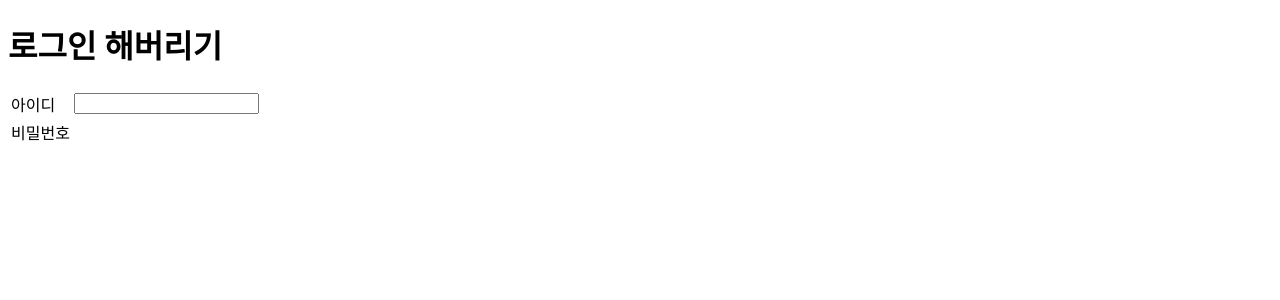
Repository: Yousehyeon/spring_work
Page: stsMvcProj/src/main/webapp/views/cookie/testview.html
An editor plug-in stored every save of this project. The page is shown before and after a run of saves, followed by the edit.
The browser window is 1280 px wide. The pictures show the whole page.

Above is the page before, as saved 2023-08-22 03:46:12.

### stsMvcProj/src/main/webapp/views/cookie/testview.html
<!DOCTYPE html>
<html xmlns="http://www.thymeleaf.org">
<head>
<meta charset="UTF-8">
<title>쿠키보기</title>
</head>
<body>
<h1>로그인 해버리기</h1>
<form action="">
	<table>
		<tr>
			<td>아이디</td>
			<td><input type="text"> </td>
		</tr>
		<tr>
			<td>비밀번호</td>
			<td></td>
		</tr>
	</table>
</form>
</body>
</html>

After the next 3 saves:
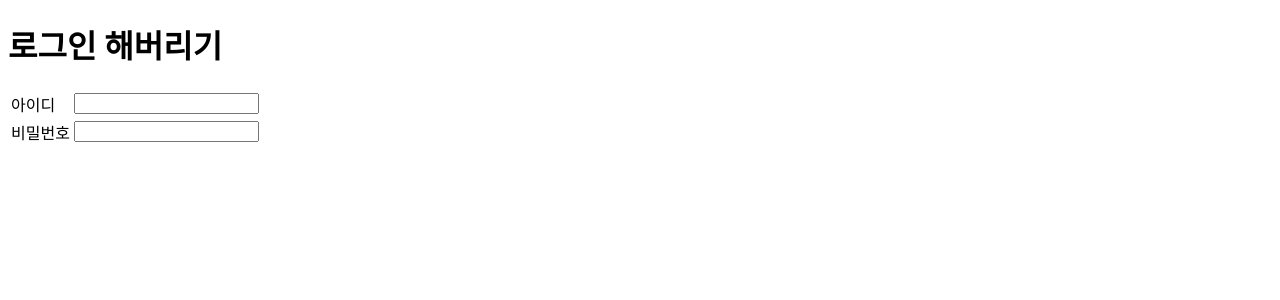
The 3 saves are shown as one change because they came seconds apart.
The last was saved 12 s later.
--- a/stsMvcProj/src/main/webapp/views/cookie/testview.html
+++ b/stsMvcProj/src/main/webapp/views/cookie/testview.html
@@ -10,11 +10,11 @@
 	<table>
 		<tr>
 			<td>아이디</td>
-			<td><input type="text"> </td>
+			<td><input type="text"></td>
 		</tr>
 		<tr>
 			<td>비밀번호</td>
-			<td></td>
+			<td><input type="text"></td>
 		</tr>
 	</table>
 </form>
